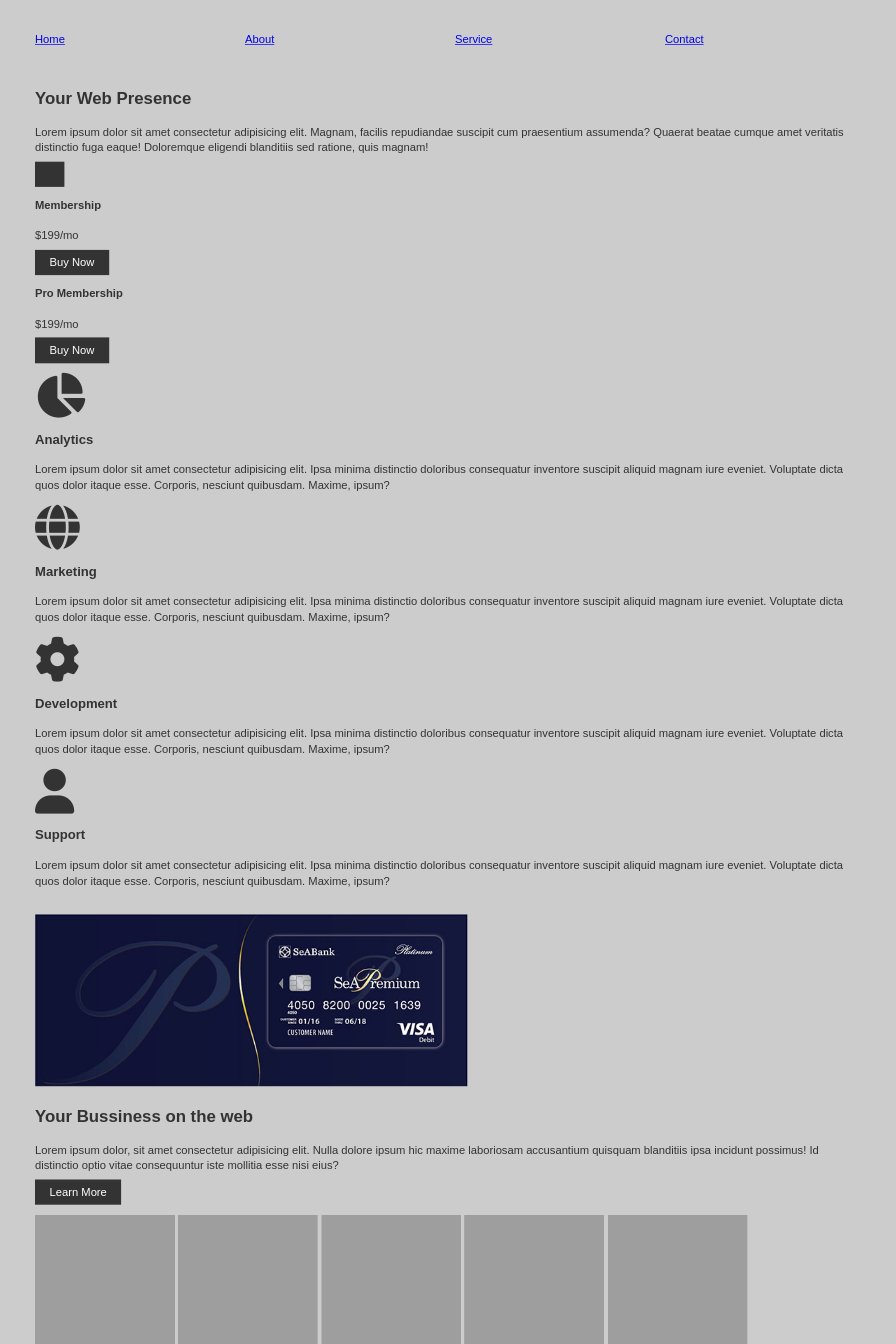
Repository: 1813404040072/grid-demo
Page: index.html
An editor plug-in stored every save of this project. The page is shown before and after a run of saves, followed by the edit.
The browser window is 1280 px wide. The pictures show the part of the page from y = 0 to 1920 px (the page is 2252 px tall), at 70% of full size.
Pictures or frames that could not be fetched are drawn as grey boxes. Some web libraries are served in a nearby version.

Above is the page before, as saved 2019-12-24 23:18:05.

After the next 11 saves:
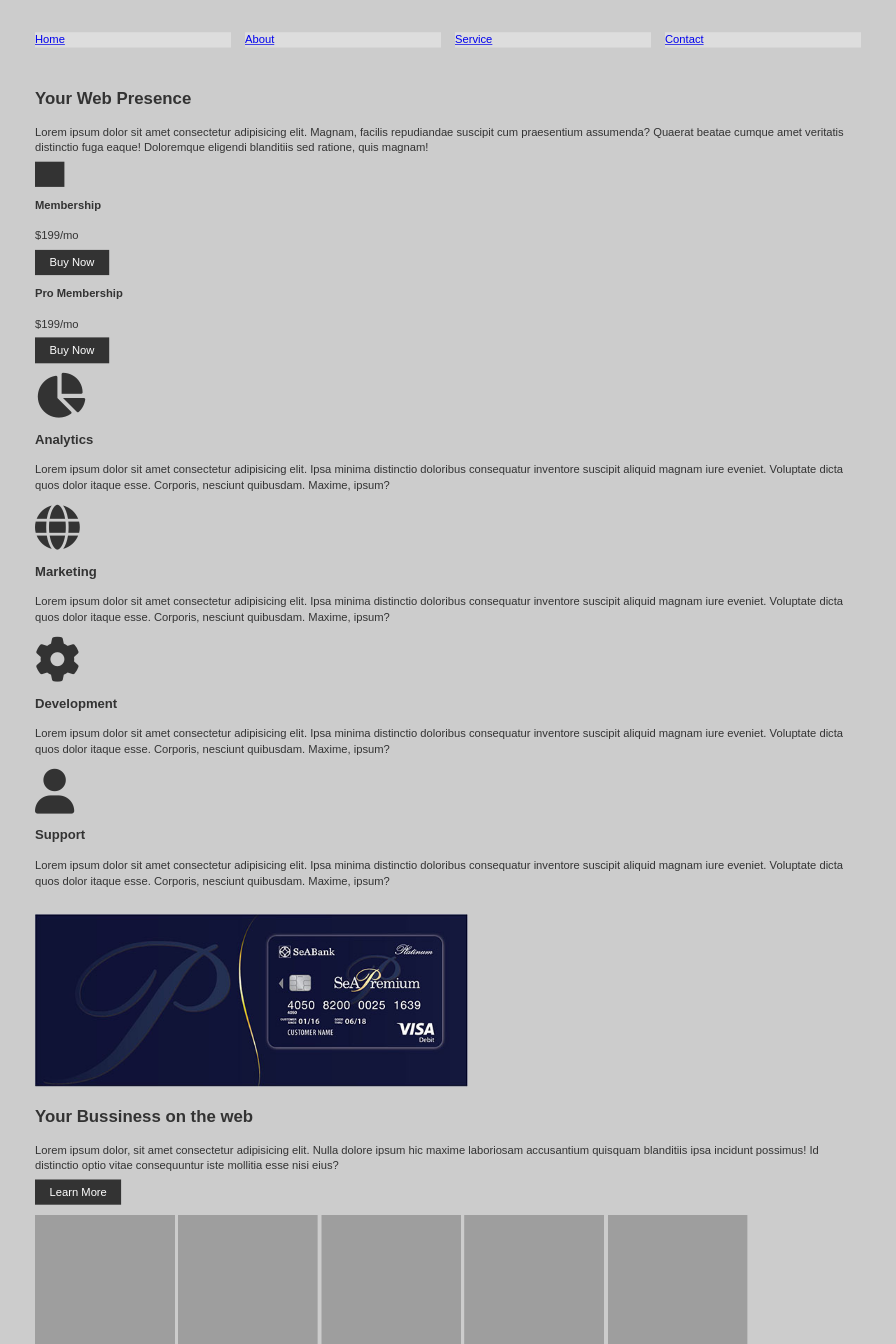
The 11 saves are shown as one change because they came seconds apart.
The last was saved 24 s later.
--- a/style.css
+++ b/style.css
@@ -44,3 +44,9 @@
     list-style: none;
     grid-template-columns: repeat(4, 1fr);
 }
+
+.main-nav a{
+    background: var(--primary);
+    display: block;
+    tex
+}
